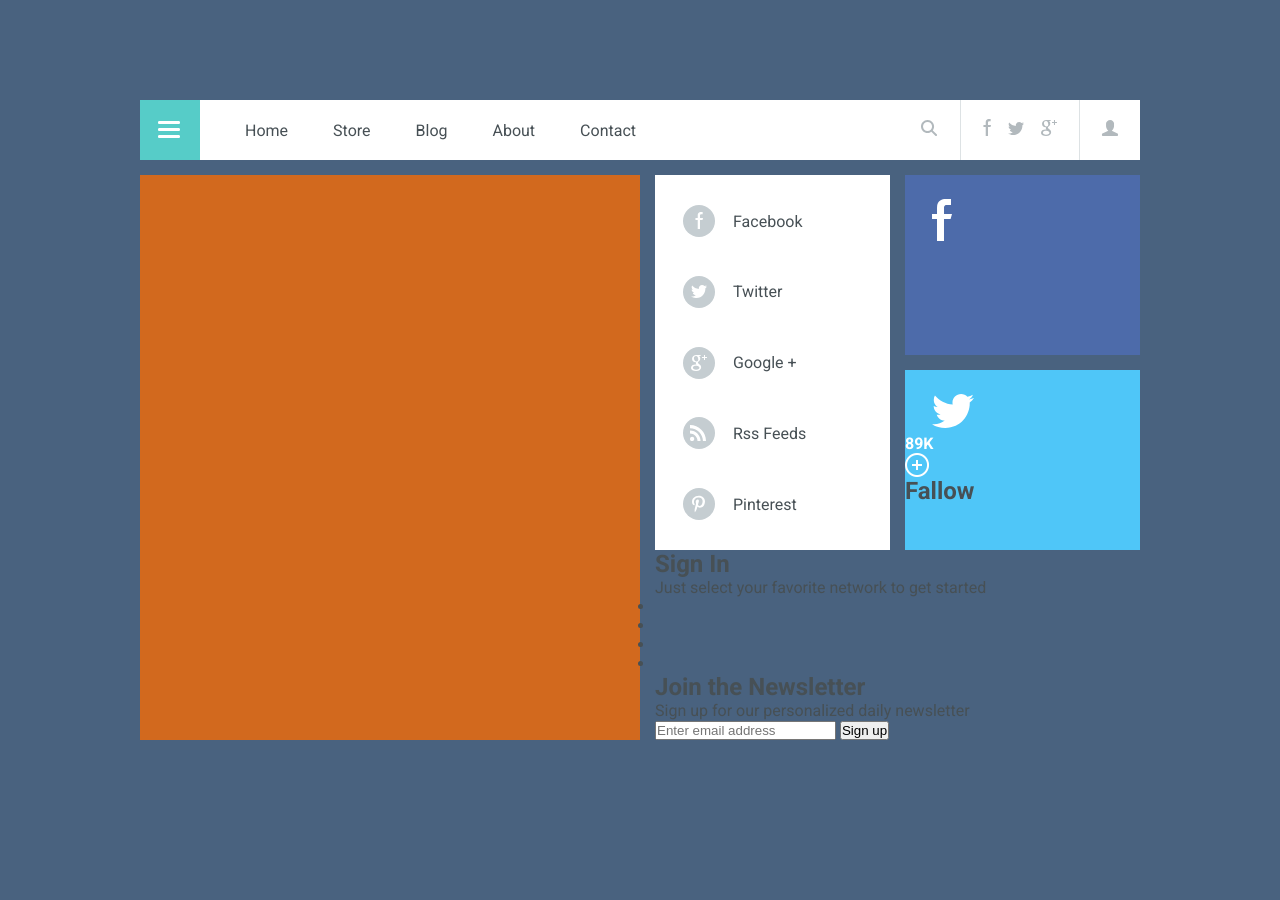
Repository: pawelczubak/WeeklyWebDevChallenge
Page: Challenge_4/index.html
These files come from the project's save history. The page is drawn as it stood at one moment and after the next save; the edit follows.
The browser window is 1280 px wide. The pictures show the whole page.
Some web libraries are served in a nearby version.

Above is the page before, as saved 2020-04-28 10:09:22.

After the next save:
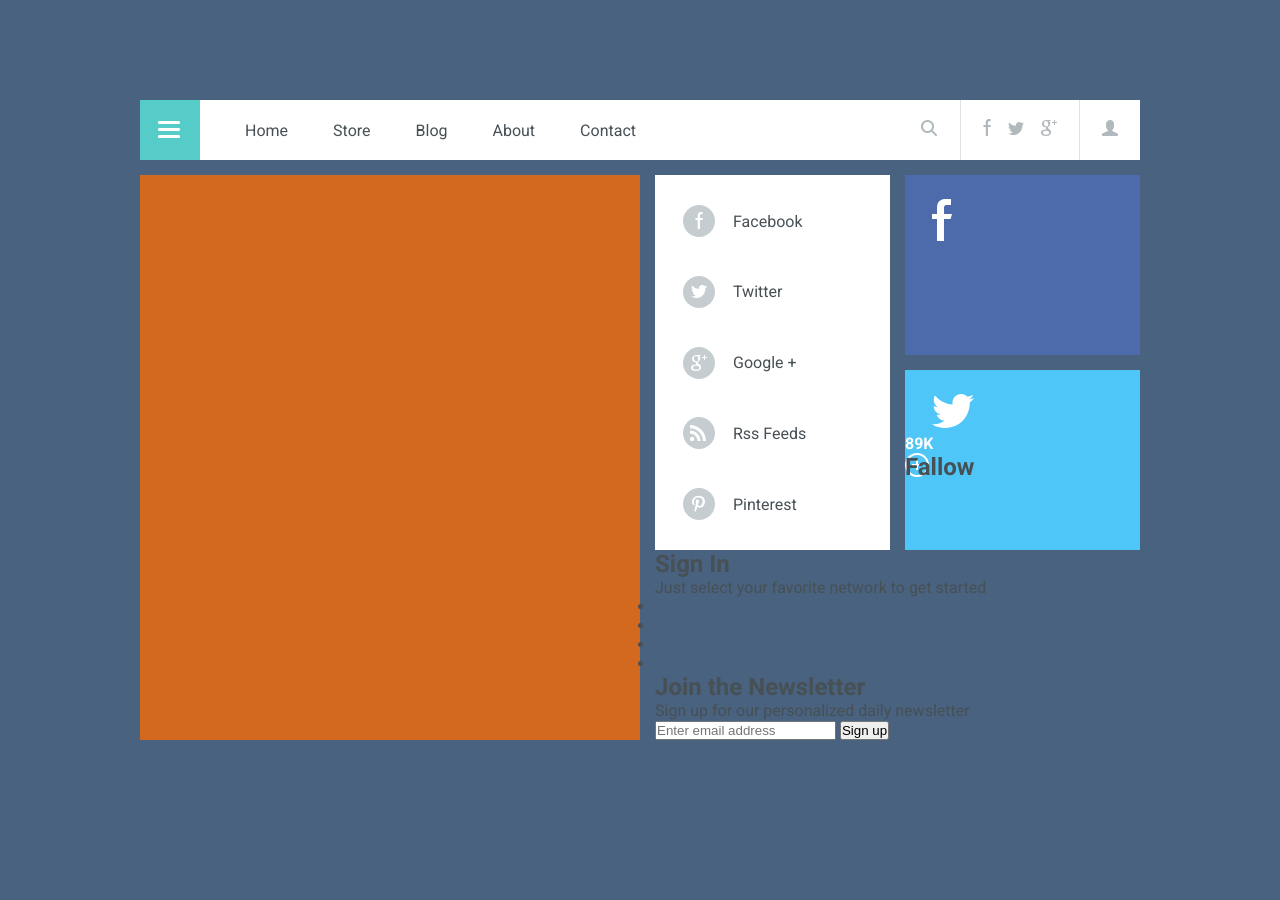
Saved 95 s later.
--- a/Challenge_4/css/main.css
+++ b/Challenge_4/css/main.css
@@ -228,6 +228,12 @@ body {
 
 
 .test__button {
+    position: relative;
+}
+
+.test__button::after {
+    position: absolute;
+    content: '';
     width: 24px;
     height: 24px;
     background-image: url('../img/follow-img.png');
